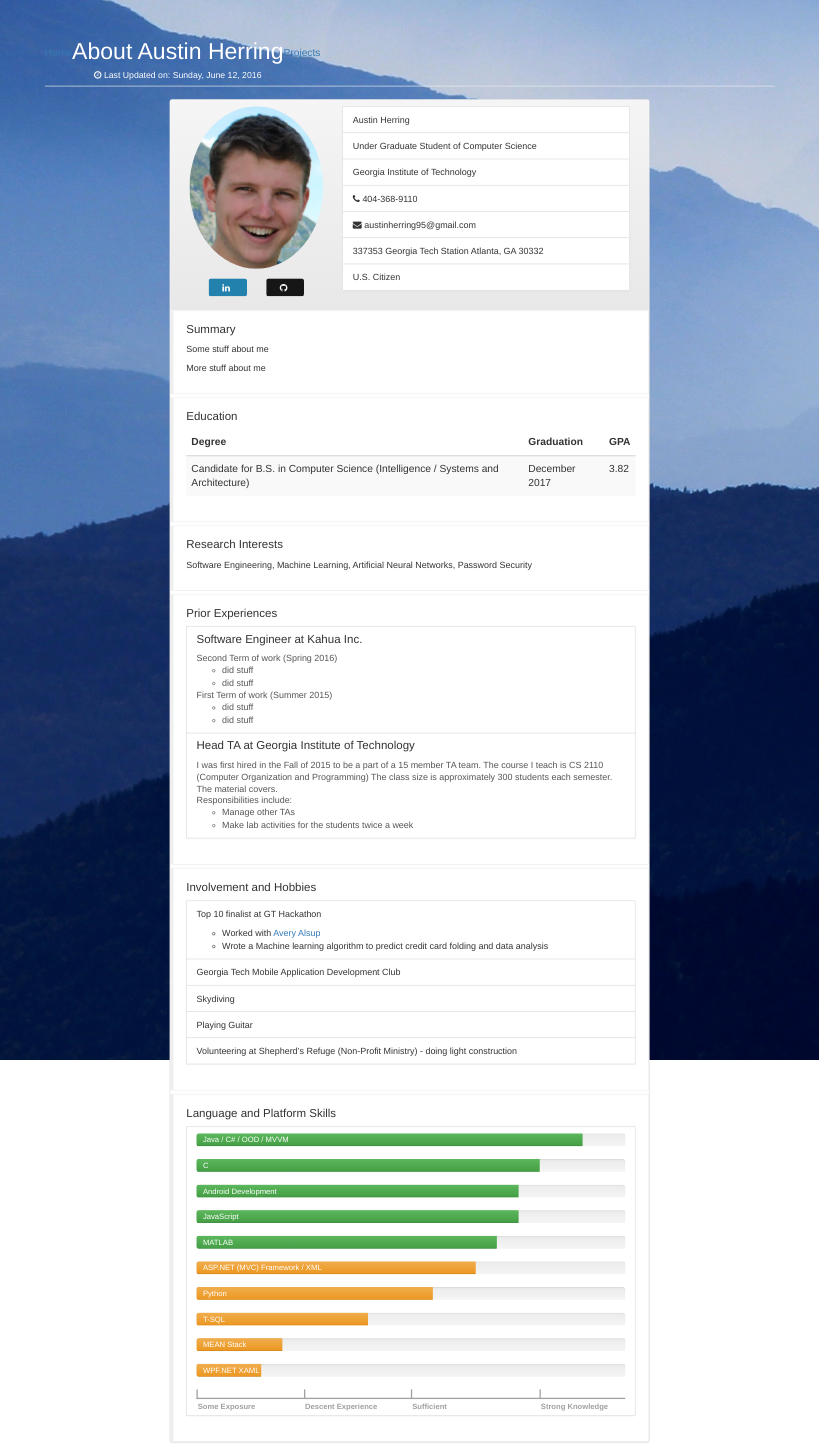
Repository: austinHerring/PersonalWebsite
Page: PersonalWebsite/WebContent/about.html
These files come from the project's save history. The page is drawn as it stood at one moment and after the next save; the edit follows.
The browser window is 1280 px wide. The pictures show the whole page, at 64% of full size.
Some web libraries are served in a nearby version.

Above is the page before, as saved 2016-06-12 23:18:05.

After the next save:
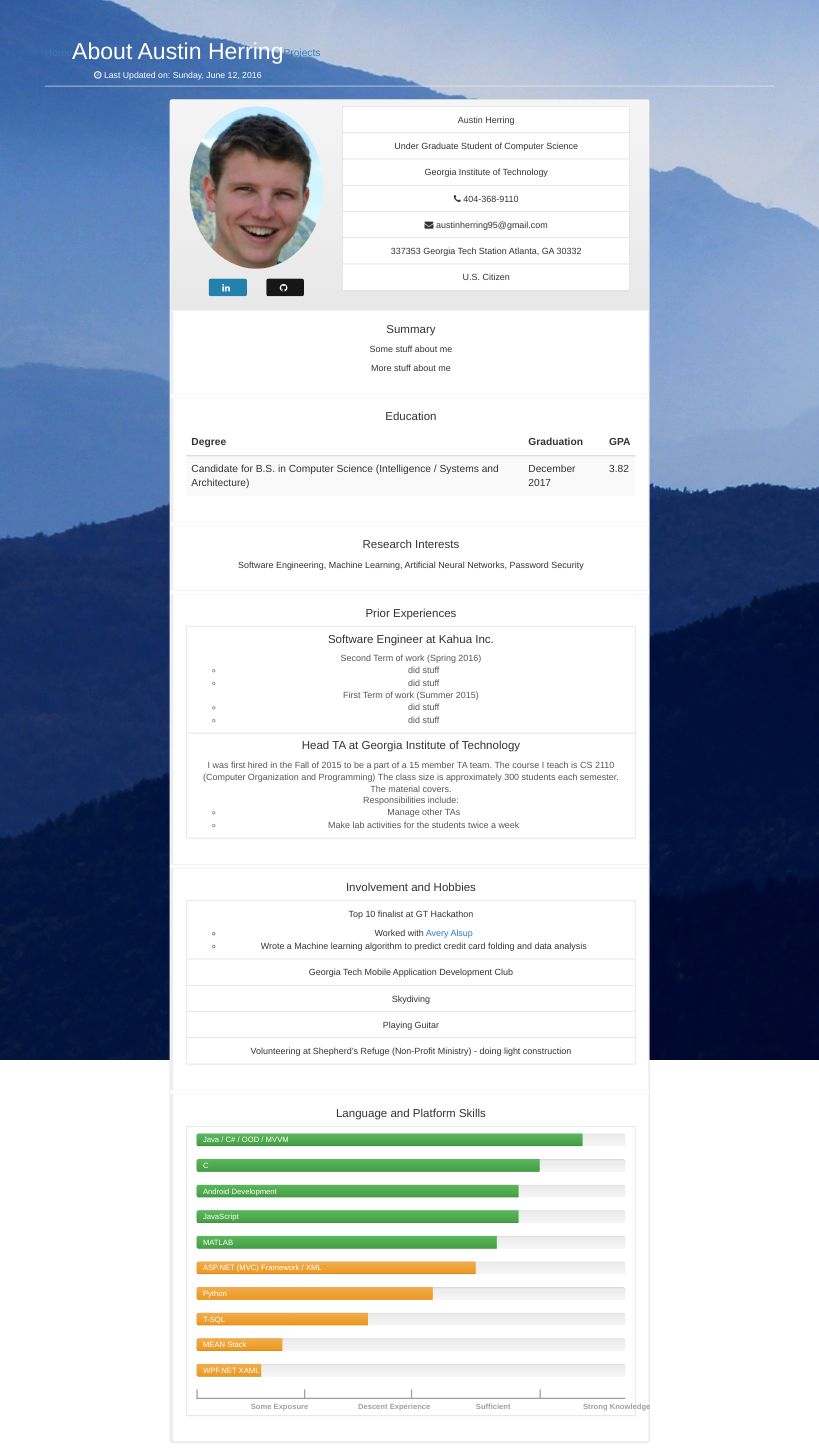
Saved 105 s later.
--- a/PersonalWebsite/WebContent/css/about.css
+++ b/PersonalWebsite/WebContent/css/about.css
@@ -9,6 +9,10 @@
 .table-header{
   text-align: center;
   color: white;
+}
+
+body {
+	text-align:center;
 }
 
 /*social buttons*/

After the save that followed:
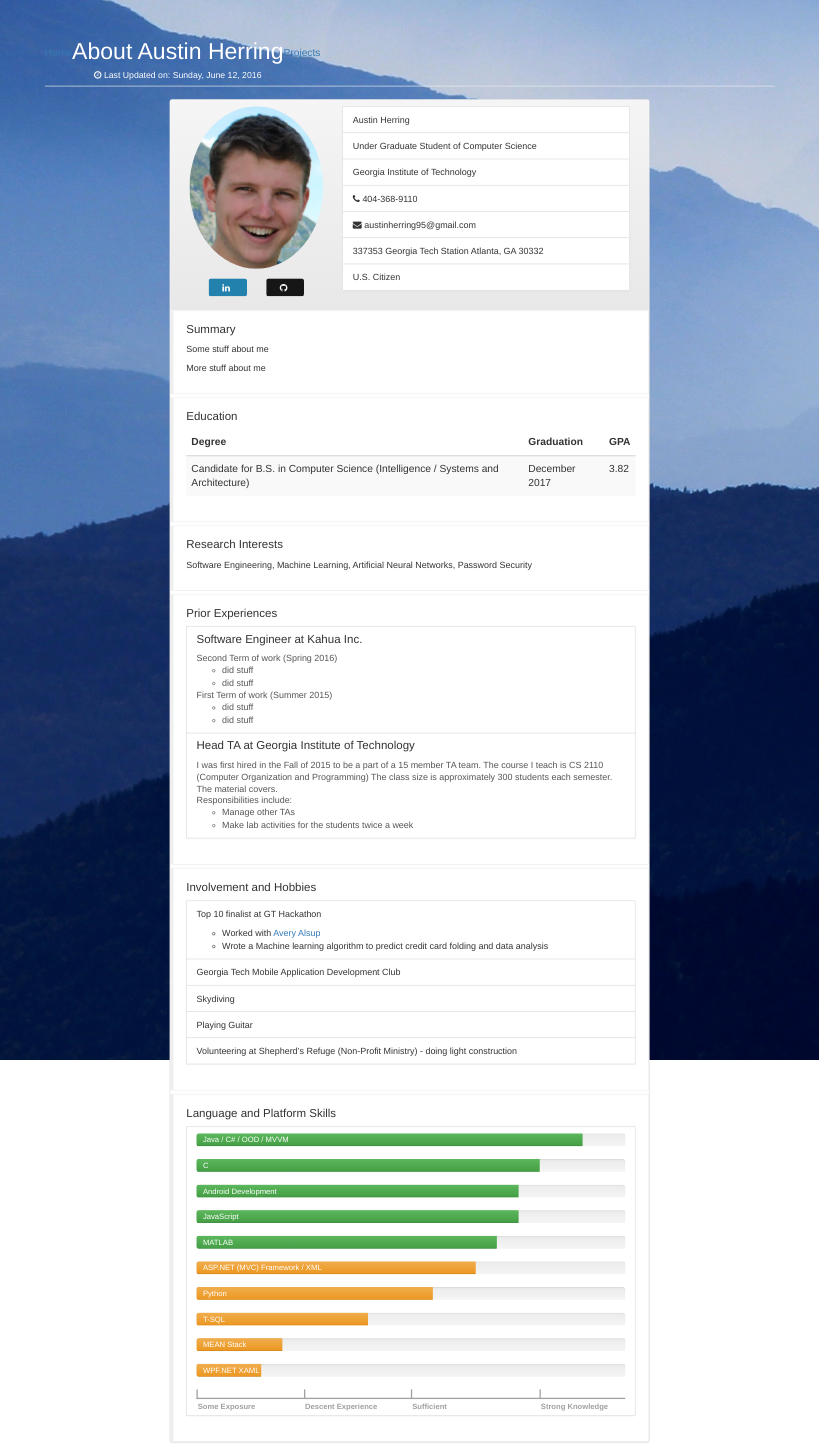
Saved 15 s later.
--- a/PersonalWebsite/WebContent/css/about.css
+++ b/PersonalWebsite/WebContent/css/about.css
@@ -9,10 +9,6 @@
 .table-header{
   text-align: center;
   color: white;
-}
-
-body {
-	text-align:center;
 }
 
 /*social buttons*/
